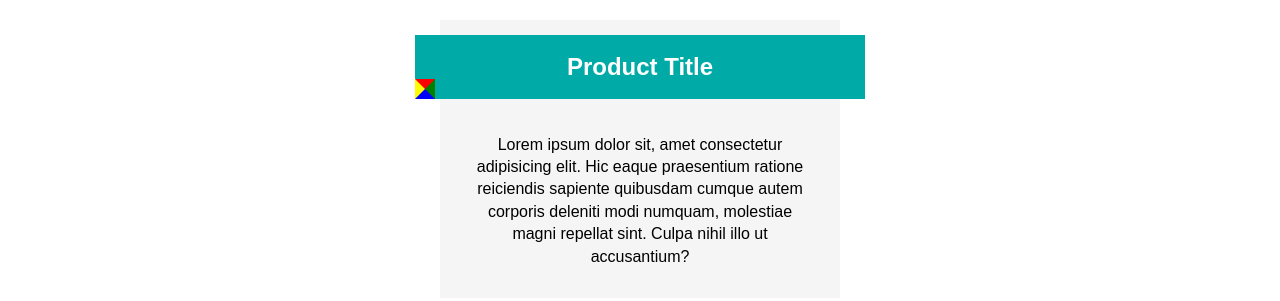
Repository: sayco/CSS-Front-End-Tutorials---Elzero
Page: 3-Create Ribbon Without Images/index.html
These files come from the project's save history. The page is drawn as it stood at one moment and after the next save; the edit follows.
The browser window is 1280 px wide. The pictures show the whole page.

Above is the page before, as saved 2021-06-14 01:30:04.

After the next save:
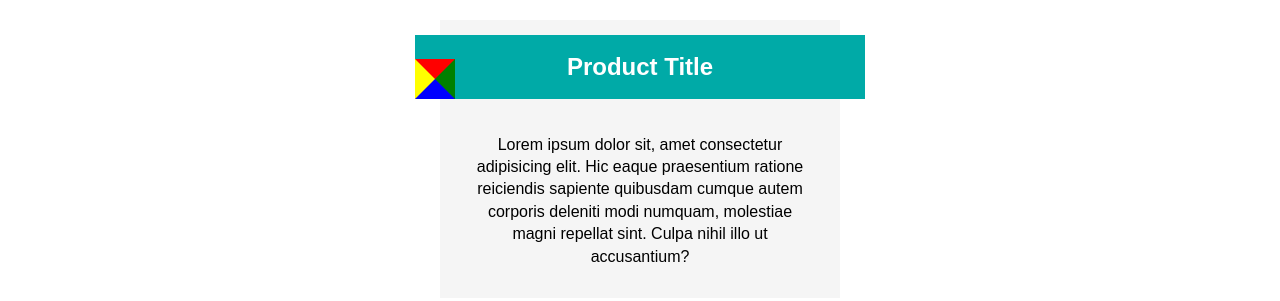
Saved 2 min 41 s later.
--- a/3-Create Ribbon Without Images/style.css
+++ b/3-Create Ribbon Without Images/style.css
@@ -35,7 +35,7 @@
 {
     content: "";
     border-color: red green blue yellow;
-    border-width: 10px;
+    border-width: 20px;
     border-style: solid;
     position: absolute;
     left: 0;

After the 2 saves that followed:
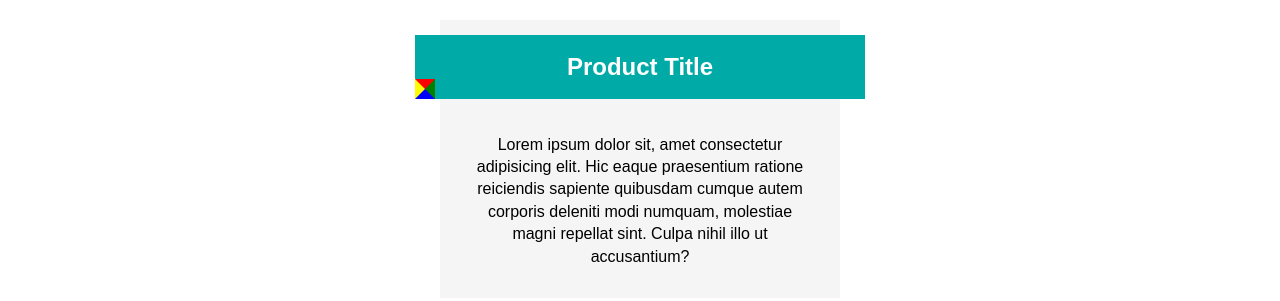
The 2 saves are shown as one change because they came seconds apart.
The last was saved 6 s later.
--- a/3-Create Ribbon Without Images/style.css
+++ b/3-Create Ribbon Without Images/style.css
@@ -35,7 +35,7 @@
 {
     content: "";
     border-color: red green blue yellow;
-    border-width: 20px;
+    border-width: 10px;
     border-style: solid;
     position: absolute;
     left: 0;
